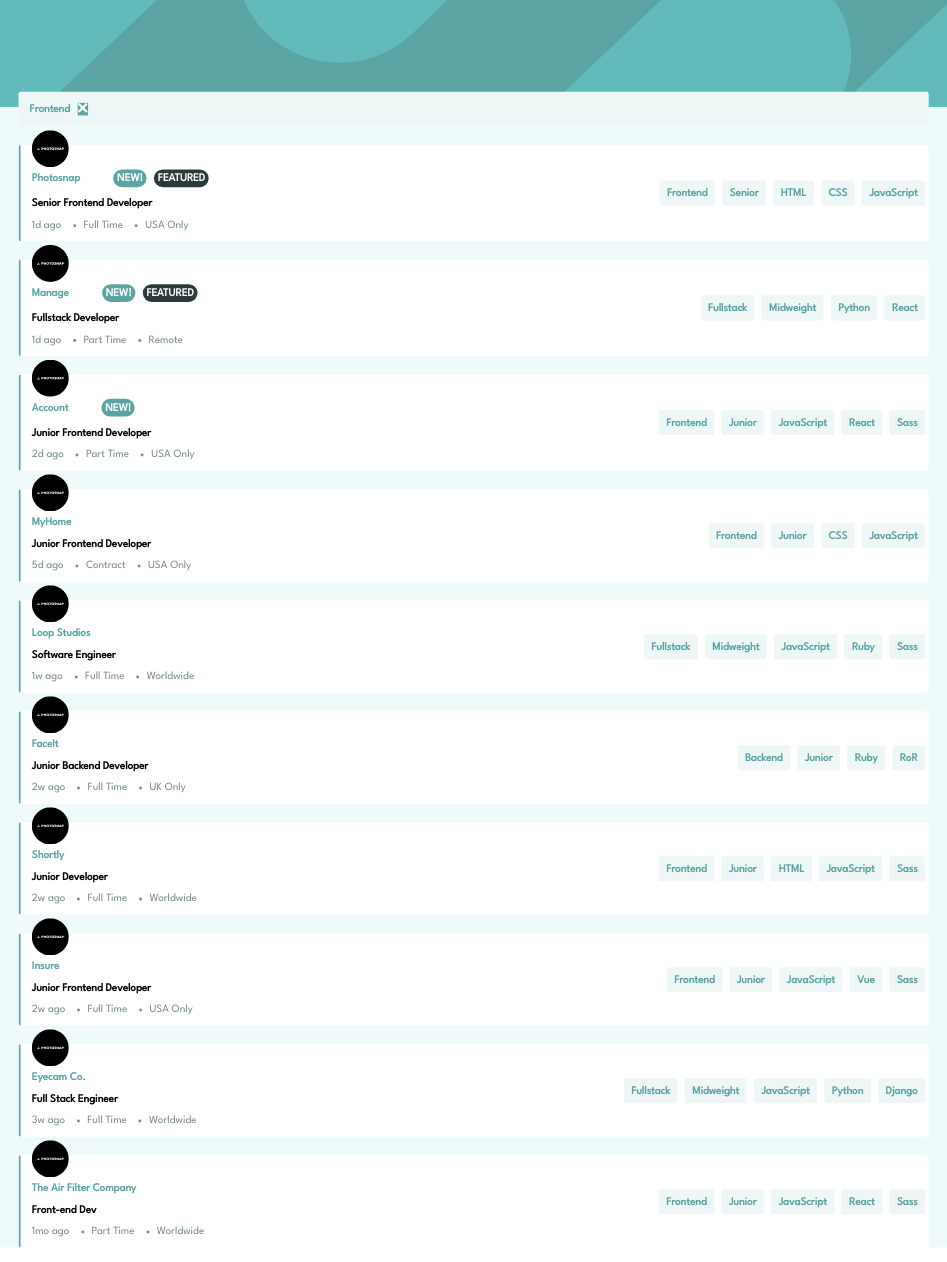
Repository: DevLaukey/job-listing
Page: /
An editor plug-in stored every save of this project. The page is shown before and after the next save, followed by the edit.
The browser window is 1280 px wide. The pictures show the whole page, at 74% of full size.
Some web fonts or font styles are not loaded; a fallback is used. The project was rebuilt for these pictures with package versions that can differ from the ones it lists, and the page was loaded fresh each time.

Above is the page before, as saved 2022-06-03 00:58:54.

After the next save:
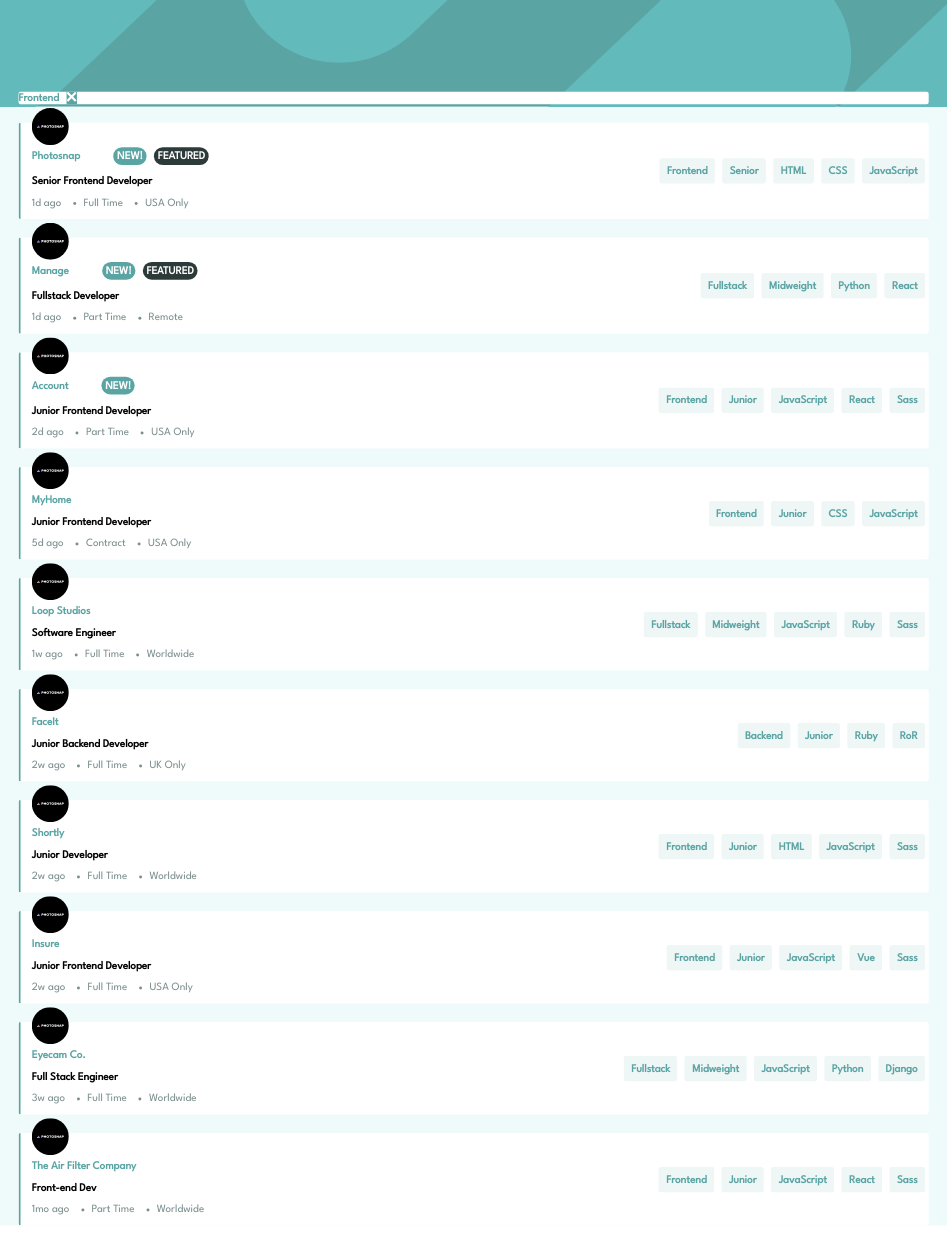
Saved 10 s later.
--- a/src/components/styles.css
+++ b/src/components/styles.css
@@ -80,12 +80,8 @@
   margin-top: -20px;
   display: flex;
   flex-wrap: wrap;
-    background-color: hsl(180, 31%, 95%);
 }
 .option {
-    padding: 10px;
-    border-radius: 3px;
-    margin: 5px;
   color: hsl(180, 29%, 50%);
   display: flex;
   align-items: center;
